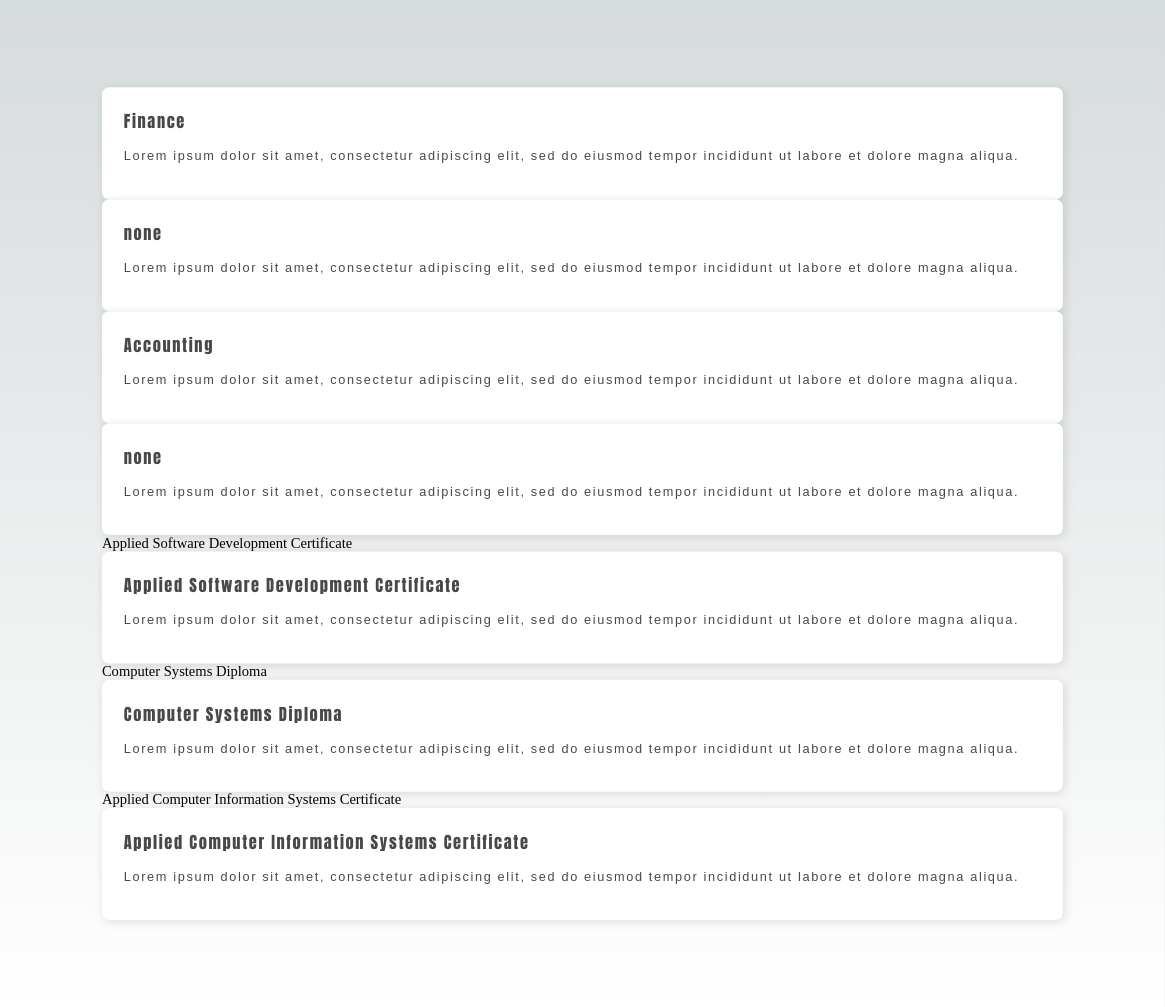
Repository: giovanabirck/class03-vercel-test
Page: /
An editor plug-in stored every save of this project. The page is shown before and after the next save, followed by the edit.
The browser window is 1280 px wide. The pictures show the whole page, at 91% of full size.
The project was rebuilt for these pictures with package versions that can differ from the ones it lists, and the page was loaded fresh each time. The framework's server and built-in components were replaced by stand-ins that run in the browser. Also part of the build but not shown: next.config.js.

Above is the page before, as saved 2023-01-24 21:31:29.

After the next save:
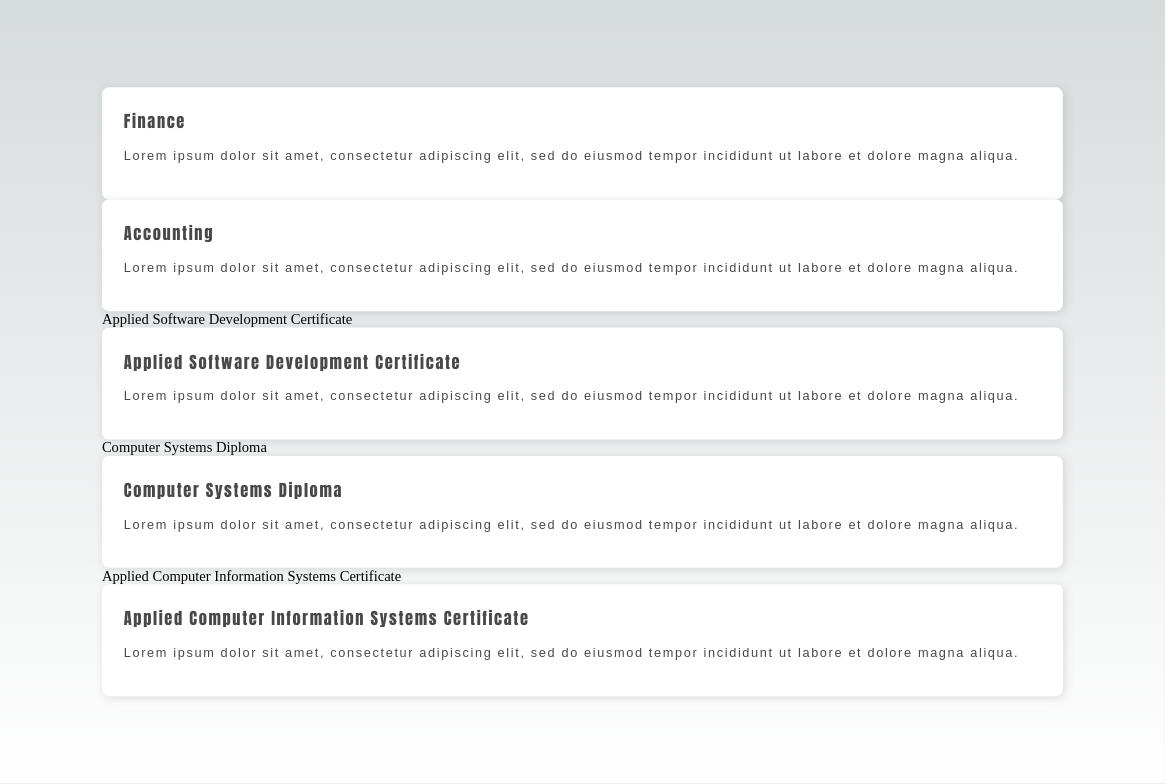
Saved 6 s later.
--- a/pages/index.js
+++ b/pages/index.js
@@ -34,7 +34,6 @@ export default function Home() {
                 <div key={index}>
 
                   <Card key={index} degree={info.degree}/>
-                  <Card key={index} department={info.department}/>
                 </div>
               )
             }
